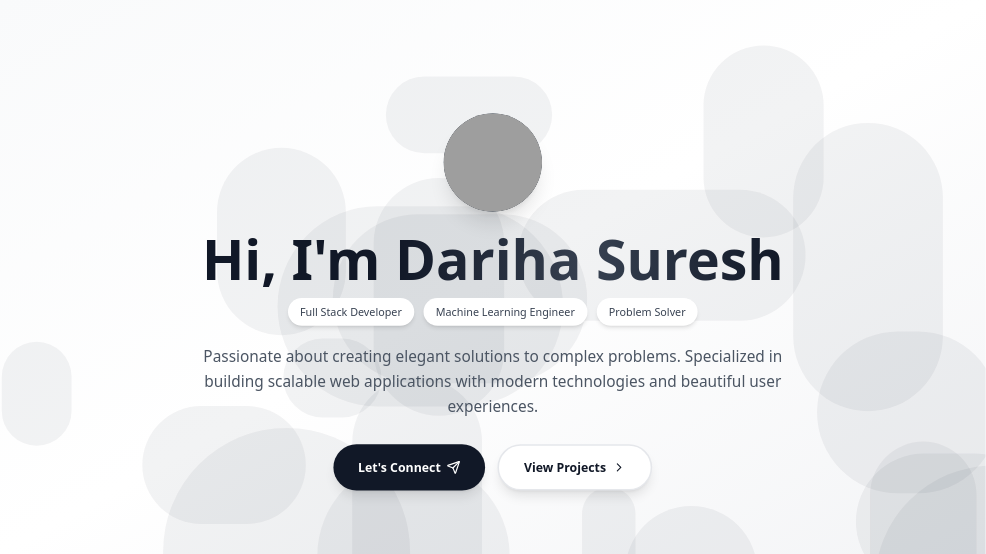
Repository: darihafebi825-collab/react-portfolio
Page: / (app in portapp/)
An editor plug-in stored every save of this project. The page is shown before and after a run of saves, followed by the edit.
The browser window is 1280 px wide. The pictures show the whole page, at 77% of full size.
Pictures or frames that could not be fetched are drawn as grey boxes. The project was rebuilt for these pictures with package versions that can differ from the ones it lists, and the page was loaded fresh each time.

Above is the page before, as saved 2025-12-24 17:12:10.

### portapp/src/index.js
import React from "react";
import ReactDOM from "react-dom/client";
import App from "./App";
import "./index.css";   // 👈 THIS LINE

const root = ReactDOM.createRoot(document.getElementById("root"));
root.render(
  <React.StrictMode>
    <App />
  </React.StrictMode>
);

### portapp/src/App.js
import React from "react";
import Home from "./Components/Pages/Home";


function App() {
  return (
    <div className="App">
      <Home />


    </div>
  );
}

export default App;

### portapp/src/Components/Pages/Home.js
import React, { useRef } from "react";
import { motion, useScroll, useTransform } from "framer-motion";
import { Send, ChevronRight } from "lucide-react";




const Home = () => {
  const ref = useRef(null);

  const { scrollYProgress } = useScroll({
    target: ref,
    offset: ["start start", "end start"],
  });

  const y = useTransform(scrollYProgress, [0, 1], [0, 200]);
  const opacity = useTransform(scrollYProgress, [0, 0.5], [1, 0]);

  return (
    <section
      ref={ref}
      id="home"
      className="min-h-screen flex items-center justify-center bg-gradient-to-br from-gray-50 via-white to-gray-100 relative overflow-hidden pt-16"
    >
      <div className="absolute inset-0 bg-grid-pattern opacity-5" />

      {[...Array(20)].map((_, i) => (
        <motion.div
          key={i}
          className="absolute rounded-full bg-gray-900/5"
          style={{
            width: Math.random() * 300 + 50,
            height: Math.random() * 300 + 50,
            left: `${Math.random() * 100}%`,
            top: `${Math.random() * 100}%`,
          }}
          animate={{
            y: [0, Math.random() * 50 - 25],
            x: [0, Math.random() * 50 - 25],
            scale: [1, 1.1, 1],
          }}
          transition={{
            duration: Math.random() * 10 + 10,
            repeat: Infinity,
            repeatType: "reverse",
          }}
        />
      ))}

      <motion.div
        style={{ y, opacity }}
        className="relative z-10 text-center px-6 max-w-5xl mx-auto"
      >
        <motion.div
          initial={{ opacity: 0, scale: 0.9 }}
          animate={{ opacity: 1, scale: 1 }}
          transition={{ duration: 0.8 }}
        >
          <div className="mb-6">
            <div className="w-32 h-32 mx-auto rounded-full overflow-hidden shadow-xl">
 <div className="w-32 h-32 mx-auto bg-gray-800 rounded-full flex items-center justify-center overflow-hidden shadow-xl">
  <img
    src="/Images/dari.png"
    alt="Profile"
    className="w-full h-full object-cover"
  />
</div>






            </div>
          </div>

          <h1 className="text-5xl md:text-7xl font-bold text-gray-900 mb-4">
            Hi, I'm{" "}
            <span className="bg-gradient-to-r from-gray-900 via-gray-700 to-gray-900 bg-clip-text text-transparent">
              Dariha Suresh
            </span>
          </h1>

          <div className="flex flex-wrap justify-center gap-3 mb-6">
            {[
              "Full Stack Developer",
              "Machine Learning Engineer",
              "Problem Solver",
            ].map((role, idx) => (
              <motion.span
                key={idx}
                initial={{ opacity: 0, y: 20 }}
                animate={{ opacity: 1, y: 0 }}
                transition={{ delay: 0.2 + idx * 0.1 }}
                className="px-4 py-2 bg-white shadow-md rounded-full text-sm font-medium text-gray-700"
              >
                {role}
              </motion.span>
            ))}
          </div>

          <motion.p
            initial={{ opacity: 0 }}
            animate={{ opacity: 1 }}
            transition={{ delay: 0.5 }}
            className="text-xl text-gray-600 max-w-3xl mx-auto mb-8 leading-relaxed"
          >
            Passionate about creating elegant solutions to complex problems.
            Specialized in building scalable web applications with modern
            technologies and beautiful user experiences.
          </motion.p>

          <motion.div
            initial={{ opacity: 0, y: 20 }}
            animate={{ opacity: 1, y: 0 }}
            transition={{ delay: 0.7 }}
            className="flex flex-wrap justify-center gap-4"
          >
            <motion.button
              whileHover={{ scale: 1.05 }}
              whileTap={{ scale: 0.95 }}
              onClick={() =>
                document
                  .getElementById("contact")
                  ?.scrollIntoView({ behavior: "smooth" })
              }
              className="px-8 py-4 bg-gray-900 text-white rounded-full font-semibold shadow-lg flex items-center gap-2"
            >
              Let's Connect <Send size={18} />
            </motion.button>

            <motion.button
              whileHover={{ scale: 1.05 }}
              whileTap={{ scale: 0.95 }}
              onClick={() =>
                document
                  .getElementById("projects")
                  ?.scrollIntoView({ behavior: "smooth" })
              }
              className="px-8 py-4 bg-white text-gray-900 rounded-full font-semibold shadow-lg border-2 border-gray-200 flex items-center gap-2"
            >
              View Projects <ChevronRight size={18} />
            </motion.button>
          </motion.div>
        </motion.div>
      </motion.div>
    </section>
  );
};

export default Home;

### portapp/src/Components/Pages/Abo.js
import React from "react";
import { motion } from "framer-motion";
import { User, Briefcase, Award, Star, Code2 } from "lucide-react";

const statsData = [
  { icon: Briefcase, label: "Fresher", desc: "Experience", delay: 0.9 },
  { icon: Award, label: "11+ Projects", desc: "Completed", delay: 1.0 },
  { icon: Star, label: "Growing", desc: "Portfolio", delay: 1.1 },
  { icon: Code2, label: "10+ Tech", desc: "Stacks", delay: 1.2 },
];

const Abo = () => {
  return (
    <section id="about" className="py-24 bg-white relative overflow-hidden">
      <div className="max-w-6xl mx-auto px-6 relative z-10">
        {/* Header */}
        <motion.div
          initial={{ opacity: 0, y: 30 }}
          whileInView={{ opacity: 1, y: 0 }}
          viewport={{ once: true }}
          className="text-center mb-16"
        >
          <h2 className="text-4xl md:text-5xl font-bold text-gray-900 mb-4 flex items-center justify-center gap-3">
            <User size={40} /> About Me
          </h2>
          <div className="w-20 h-1 bg-gray-900 mx-auto mb-4" />
          <p className="text-gray-600 max-w-2xl mx-auto">
            Passionate developer crafting digital experiences
          </p>
        </motion.div>

        {/* Content */}
        <div className="grid grid-cols-1 md:grid-cols-2 gap-6">
          {/* Left card */}
          <motion.div
            initial={{ opacity: 0, x: -100 }}
            whileInView={{ opacity: 1, x: 0 }}
            viewport={{ once: true }}
            transition={{ duration: 0.8 }}
            className="bg-white rounded-2xl p-10 shadow-2xl border border-gray-200 relative overflow-hidden"
          >
            <div className="space-y-6 relative z-10">
              <motion.div
                initial={{ scale: 0 }}
                whileInView={{ scale: 1 }}
                transition={{ delay: 0.3, type: "spring" }}
                className="inline-flex items-center gap-2 px-4 py-2 bg-gray-900 text-white text-sm font-semibold rounded-full mb-4"
              >
                <span className="text-lg">👋</span> Hello, I'm
              </motion.div>

              <motion.h3
                initial={{ opacity: 0, y: 20 }}
                whileInView={{ opacity: 1, y: 0 }}
                transition={{ delay: 0.4 }}
                className="text-4xl font-bold text-gray-900 mb-2 tracking-tight"
              >
                Dariha
              </motion.h3>

              <motion.p
                initial={{ opacity: 0, y: 20 }}
                whileInView={{ opacity: 1, y: 0 }}
                transition={{ delay: 0.5 }}
                className="text-gray-600 text-xl mb-4 font-medium"
              >
                Full Stack Developer
              </motion.p>

              <motion.div
                initial={{ width: 0 }}
                whileInView={{ width: 64 }}
                transition={{ delay: 0.6, duration: 0.5 }}
                className="h-1 bg-gradient-to-r from-gray-900 to-gray-600 mb-6"
              />

              <motion.p
                initial={{ opacity: 0 }}
                whileInView={{ opacity: 1 }}
                transition={{ delay: 0.7 }}
                className="text-gray-700 leading-relaxed text-base"
              >
                I'm a passionate fresher who has completed{" "}
                <span className="font-bold text-gray-900">11+ academic projects</span>{" "}
                across web development and machine learning. I enjoy building intelligent,
                well-designed applications.
              </motion.p>

              <motion.p
                initial={{ opacity: 0 }}
                whileInView={{ opacity: 1 }}
                transition={{ delay: 0.8 }}
                className="text-gray-700 leading-relaxed text-base"
              >
                I specialize in{" "}
                <span className="font-bold text-gray-900">full-stack development</span>, with
                expertise in React and modern web technologies.
              </motion.p>
            </div>
          </motion.div>

          {/* Right stats grid */}
          <motion.div
            initial={{ opacity: 0, x: 100 }}
            whileInView={{ opacity: 1, x: 0 }}
            viewport={{ once: true }}
            transition={{ duration: 0.8, ease: "easeOut", delay: 0.2 }}
            className="grid grid-cols-2 gap-4"
          >
            {statsData.map((stat, idx) => (
              <motion.div
                key={idx}
                initial={{ opacity: 0, scale: 0, rotate: -180 }}
                whileInView={{ opacity: 1, scale: 1, rotate: 0 }}
                viewport={{ once: true }}
                transition={{ delay: stat.delay, type: "spring", stiffness: 200, damping: 15 }}
                whileHover={{
                  scale: 1.05,
                  y: -5,
                  boxShadow: "0 20px 40px -10px rgba(0,0,0,0.3)",
                }}
                className="bg-white p-6 rounded-xl text-center shadow-lg border border-gray-200 relative overflow-hidden group cursor-pointer"
              >
                <div className="relative z-10">
                  <motion.div
                    whileHover={{ rotate: 360 }}
                    transition={{ duration: 0.6 }}
                    className="bg-gray-100 w-14 h-14 rounded-full flex items-center justify-center mx-auto mb-3 group-hover:bg-white transition-colors"
                  >
                    <stat.icon className="text-gray-900" size={24} />
                  </motion.div>
                  <div className="font-bold text-gray-900 text-base mb-1 group-hover:text-white transition-colors">
                    {stat.label}
                  </div>
                  <div className="text-xs text-gray-600 group-hover:text-gray-300 transition-colors">
                    {stat.desc}
                  </div>
                </div>
              </motion.div>
            ))}
          </motion.div>
        </div>
      </div>
    </section>
  );
};

export default Abo;

Loaded but not shown: portapp/src/index.css (common file); portapp/tailwind.config.js (common file)

After the next 2 saves:
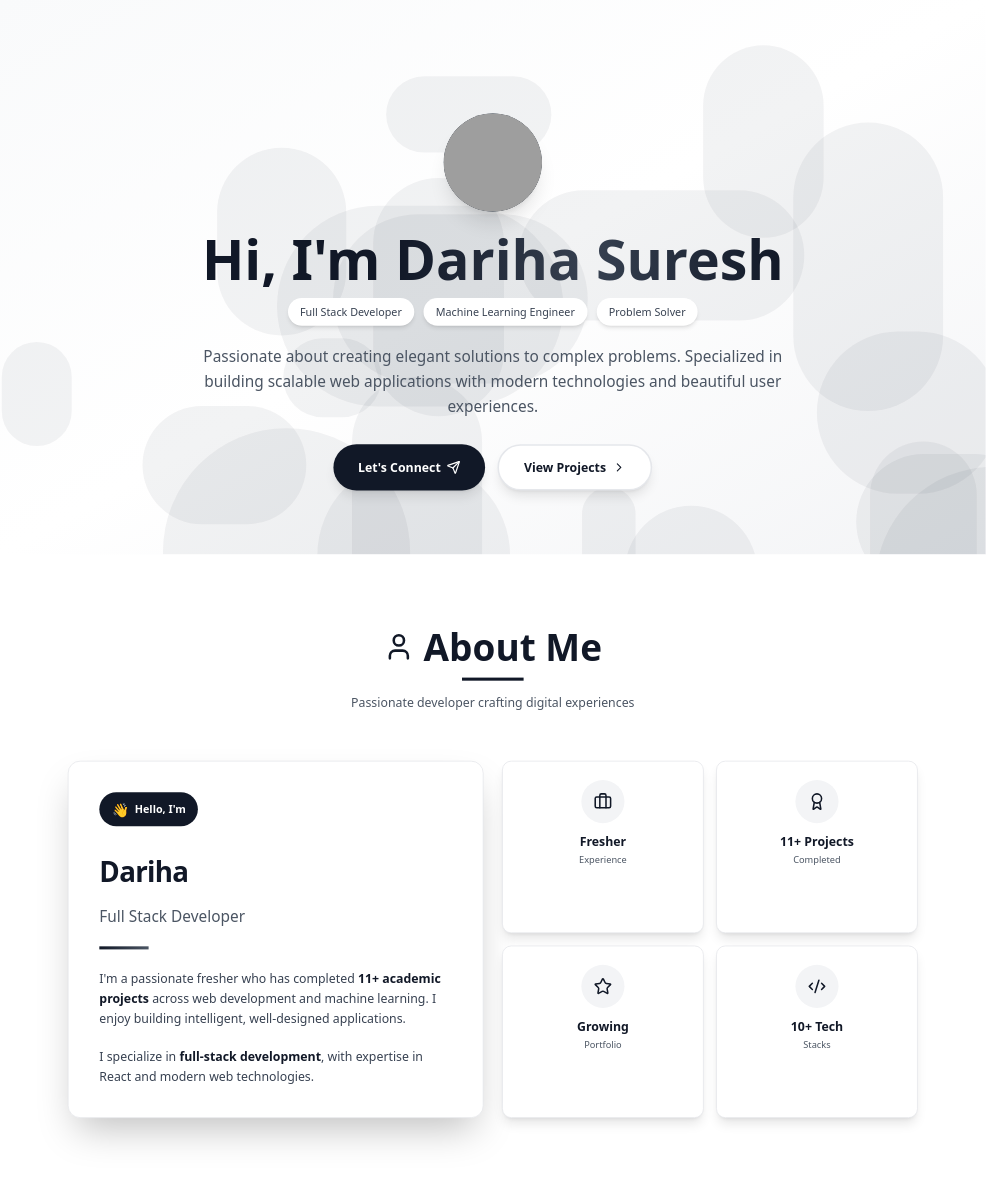
The 2 saves are shown as one change because 1 did not build or start.
The last was saved 27 s later.
--- a/portapp/src/App.js
+++ b/portapp/src/App.js
@@ -1,12 +1,12 @@
 import React from "react";
 import Home from "./Components/Pages/Home";
-
+import Abo from "./Components/Pages/Abo";
 
 function App() {
   return (
     <div className="App">
       <Home />
-
+ <Abo />
 
     </div>
   );
